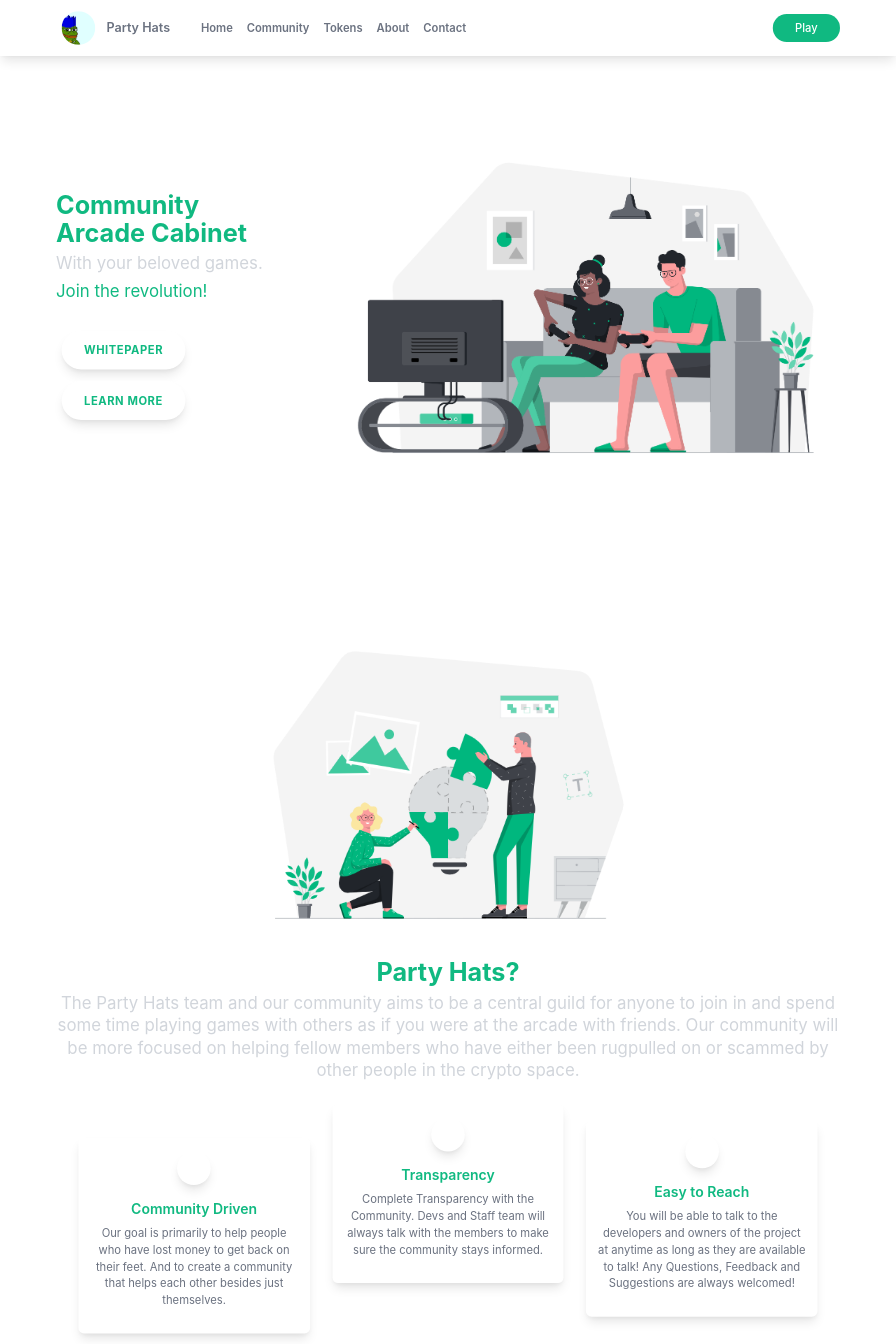
Repository: rhinorphan/phat-landing-page
Page: /
The author's editor kept a copy of each file at every save. The page is drawn from the files as they stood at one save, then again after the next save.
The browser window is 1280 px wide. The pictures show the part of the page from y = 0 to 1920 px (the page is 3952 px tall before and 3897 px after), at 70% of full size.
The project was rebuilt for these pictures with package versions that can differ from the ones it lists, and the page was loaded fresh each time. Also part of the build but not shown: craco.config.js.

Above is the page before, as saved 2021-11-17 22:37:26.

After the next save:
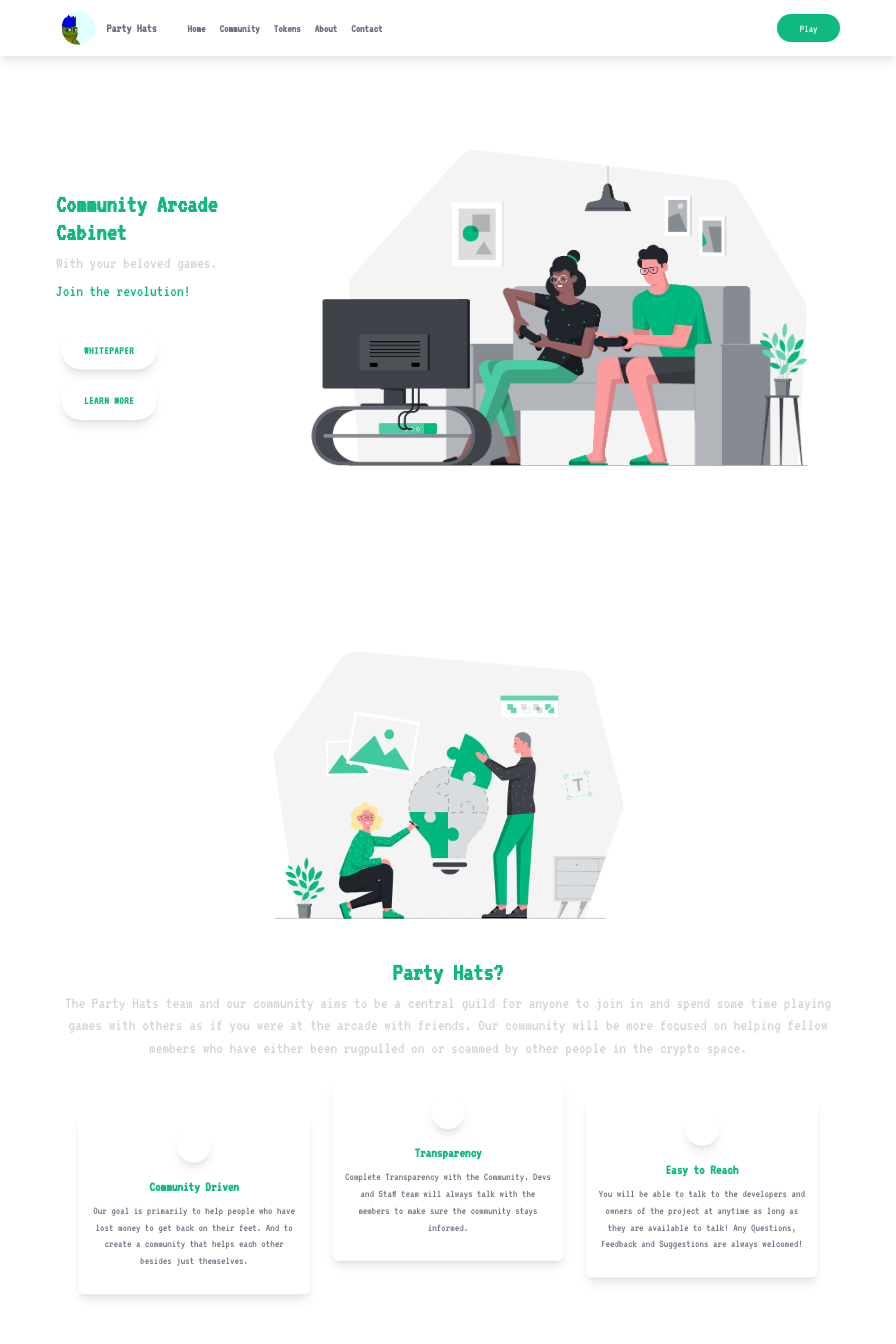
Saved 10 s later.
--- a/src/App.css
+++ b/src/App.css
@@ -1,7 +1,7 @@
 @import url('https://fonts.googleapis.com/css2?family=VT323&display=swap');
 
 .app {
-
+  font-family: 'VT323', monospace;
 }
 
 .active {
